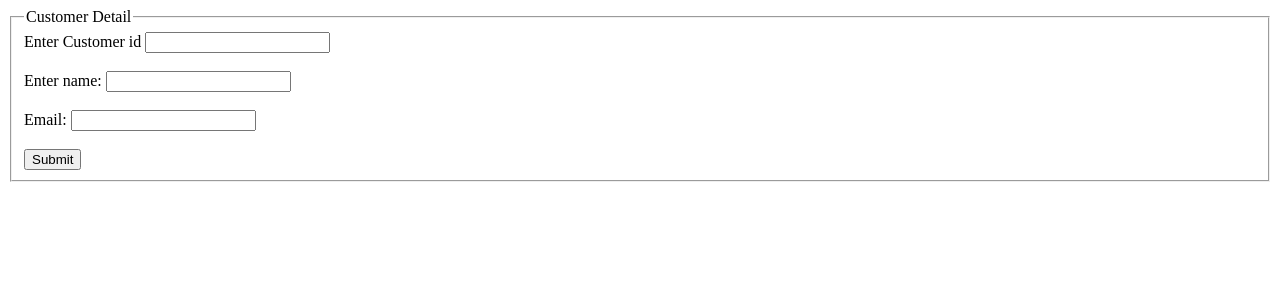
Repository: viram703/SpringBoot
Page: http://localhost/BootJpa/home.jsp
The author's editor kept a copy of each file at every save. The page is drawn from the files as they stood at one save, then again after the next save.
The browser window is 1280 px wide. The pictures show the whole page.
The page is served by Tomcat 9. Other server files are loaded and not shown.

Above is the page before, as saved 2020-02-21 09:43:27.

### Boot/BootJpa/src/main/webapp/home.jsp
<%@ page language="java" contentType="text/html; charset=ISO-8859-1"
    pageEncoding="ISO-8859-1"%>
<!DOCTYPE html>
<html>
<head>
<meta charset="ISO-8859-1">
<title>Insert title here</title>
</head>
<body>
<fieldset>
<legend>Customer Detail</legend>
<form action="addCustomer">

						<label>Enter Customer id</label>
						<input type="text" name="id" /> <br></br>

						<label>Enter name:</label>
						<input type="text" name="name" /> <br></br>

						<label>Email:</label>
						<input type="email" name="email" /><br></br>
						<input type="submit" name="sumbit"><br>
</form>
</fieldset>

</body>
</html>

After the next save:
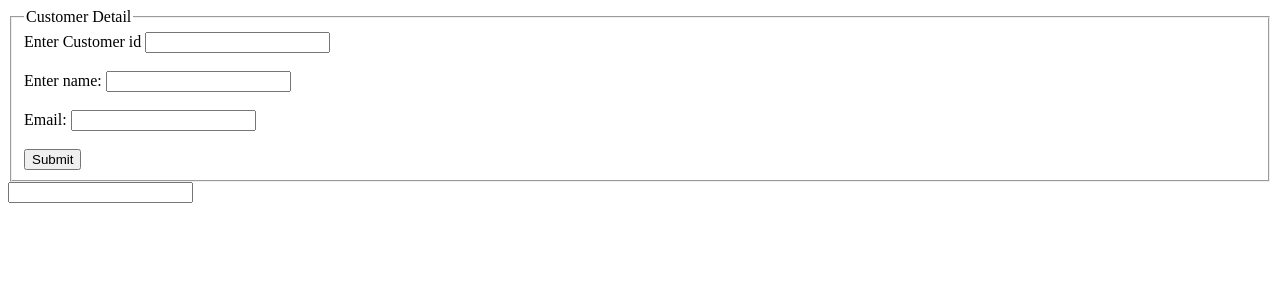
Saved 13 min 14 s later.
--- a/Boot/BootJpa/src/main/webapp/home.jsp
+++ b/Boot/BootJpa/src/main/webapp/home.jsp
@@ -22,6 +22,9 @@
 						<input type="submit" name="sumbit"><br>
 </form>
 </fieldset>
+<form action="getCustomer">
+						<input type="text" name="id" /> <br></br>
+</form>
 
 </body>
 </html>
